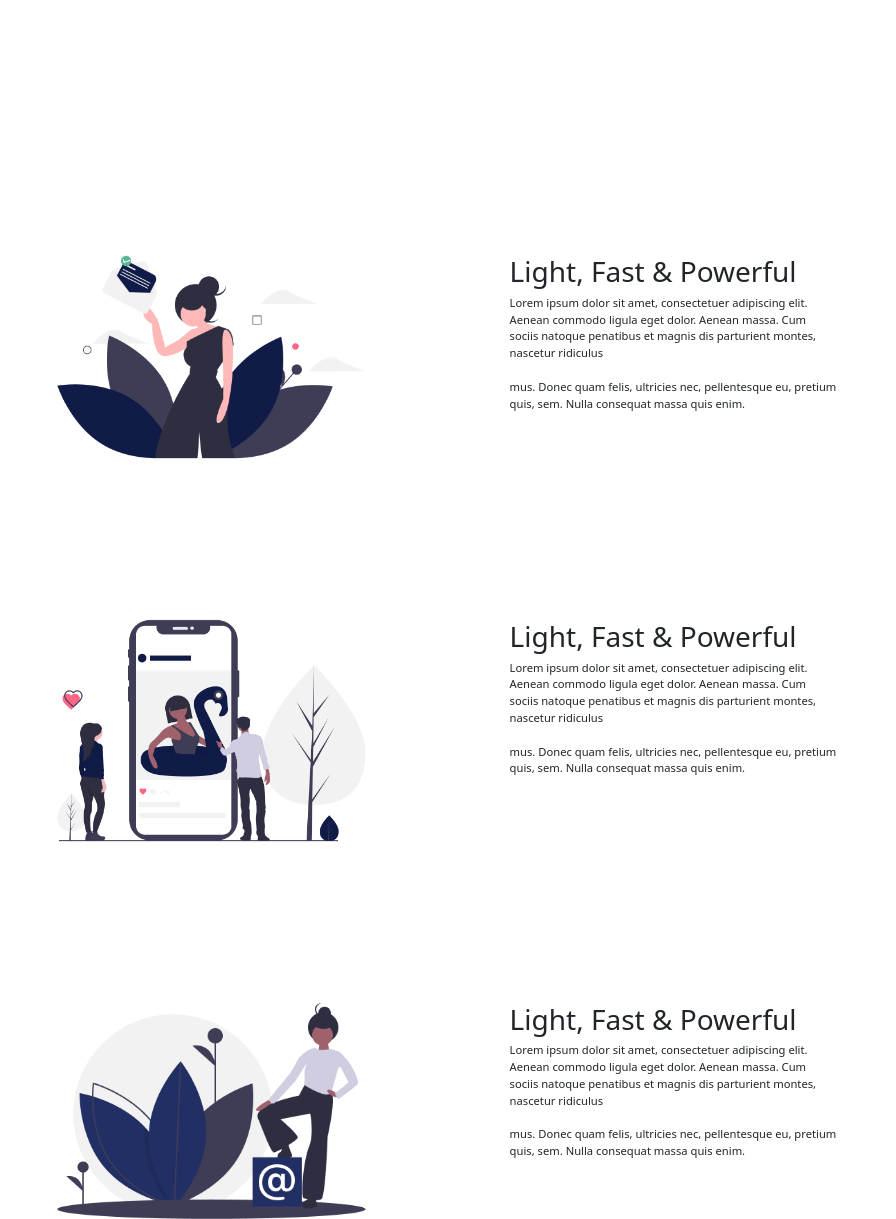
Repository: batonAnton/HW-Lec12-sass-pug
Page: index.html
These files come from the project's save history. The page is drawn as it stood at one moment and after the next save; the edit follows.
The browser window is 1280 px wide. The pictures show the part of the page from y = 1845 to 3765 px (the page is 3587 px tall before and 3765 px after), at 70% of full size.
The style sheet was rebuilt from its Sass, Less or Tailwind sources for each picture, by a compiler version that may differ from the author's.

Above is the page before, as saved 2022-07-29 17:21:12.

After the next save:
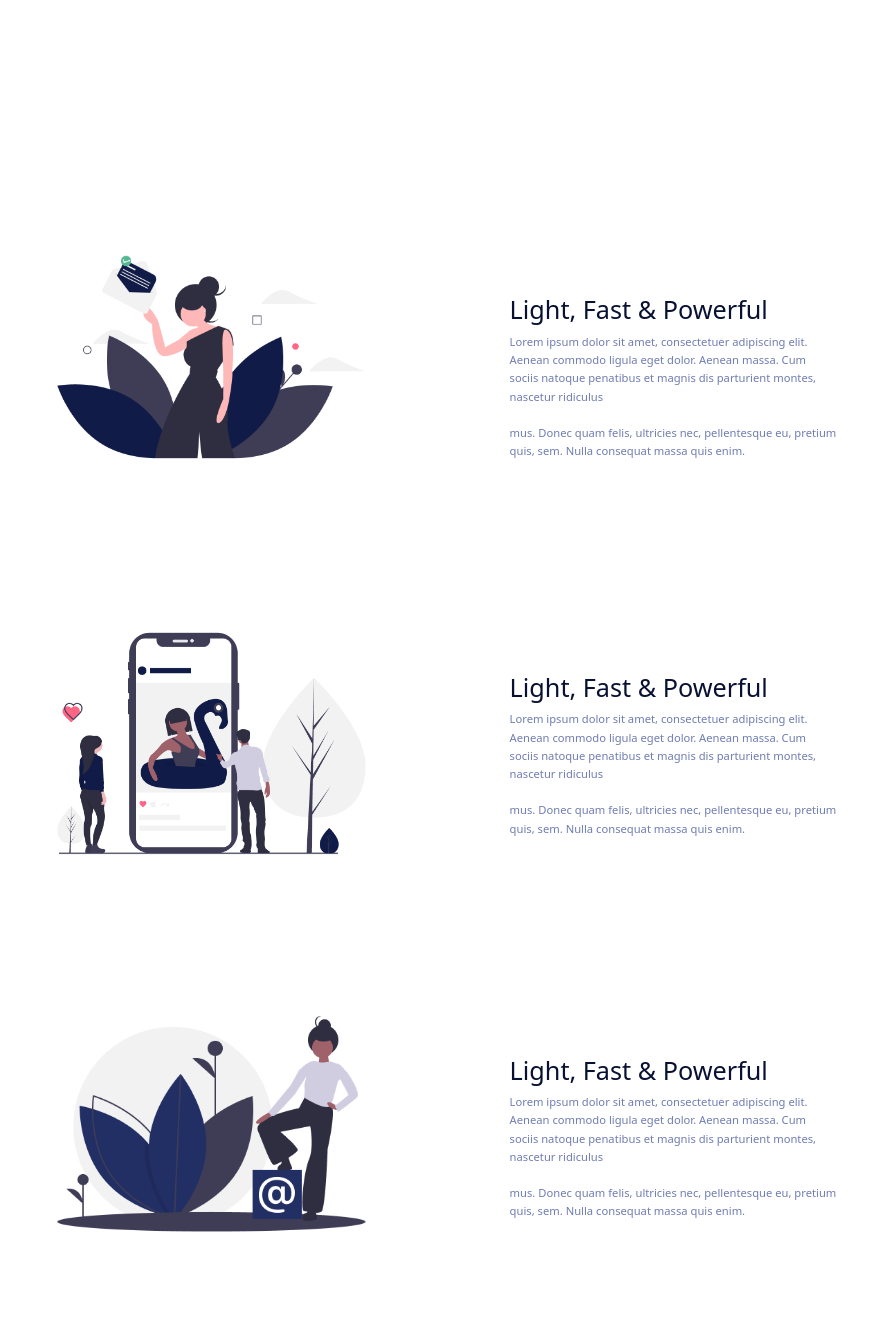
Saved 4 min 10 s later.
--- a/css/style.scss
+++ b/css/style.scss
@@ -168,6 +168,7 @@ section{
 aside{
     margin-left: 45px;
     margin-right: 45px;
+    margin-bottom: 160px;
     .rowAside{
         display: inline-flex;
         .img-left{
@@ -180,4 +181,25 @@ aside{
     .middle{
         margin: 230px 0;
     }
-}
+
+    .rightInfo{
+        margin-top: 55px;
+
+        h1{
+            font-weight: 500;
+            font-size: 36px;
+            line-height: 48px;
+            color: #091133;
+        }
+
+        p{
+            font-weight: 400;
+            font-size: 16px;
+            line-height: 26px;
+            color: #6F7CB2;
+        }
+         .lastOne{
+            margin-top: 0;
+        }
+    }
+}
